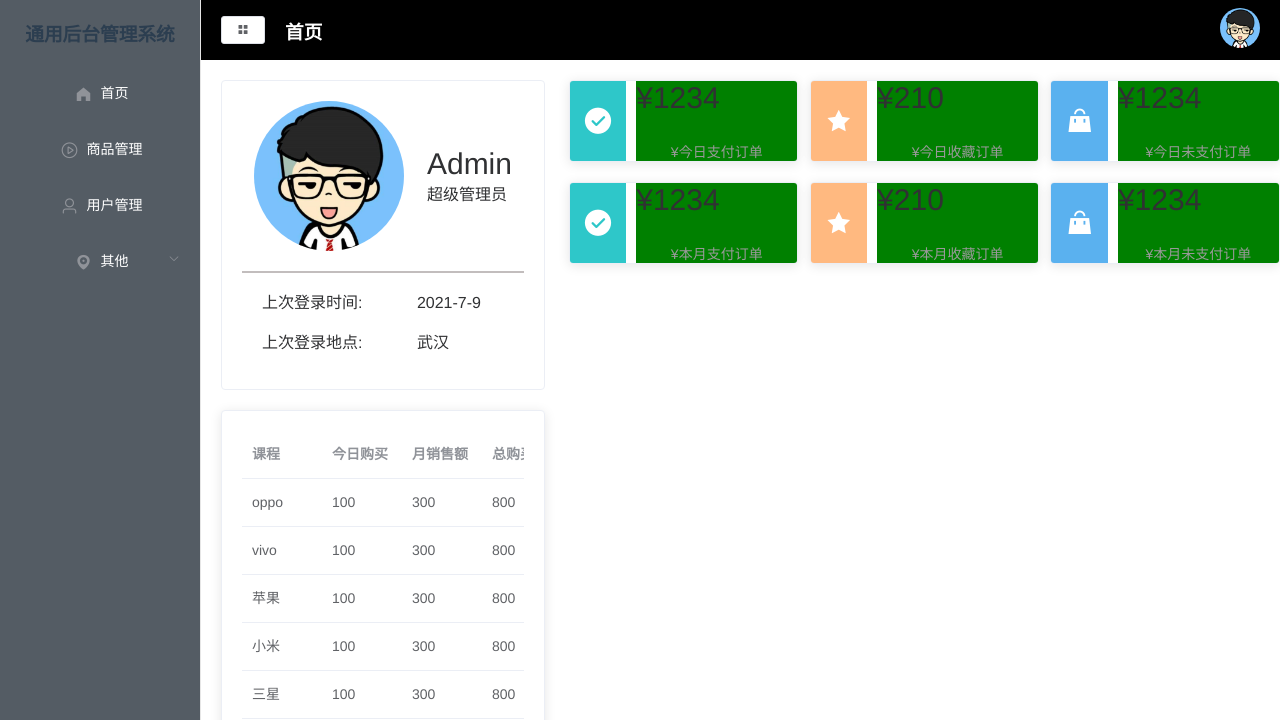
Repository: 385841539/VueStudy
Page: / (app in vue_cli/)
An editor plug-in stored every save of this project. The page is shown before and after the next save, followed by the edit.
The browser window is 1280 px wide. The pictures show the whole page.
An inner scrolling area shows only its first screen. The project was rebuilt for these pictures with package versions that can differ from the ones it lists, and the page was loaded fresh each time. Also part of the build but not shown: vue_cli/vue.config.js.

Above is the page before, as saved 2022-01-13 15:09:08.

### vue_cli/public/index.html
<!DOCTYPE html>
<html lang="">

<head>
  <meta charset="utf-8">
  <meta http-equiv="X-UA-Compatible" content="IE=edge">
  <meta name="viewport" content="width=device-width,initial-scale=1.0">
  <link rel="icon" href="<%= BASE_URL %>favicon.ico">
  <title>
    <%= htmlWebpackPlugin.options.title %>
  </title>
  <style>
    body {

      padding: 0px;
      margin: 0px;
      width: 100%;
      height: 100%;

    }
  </style>
</head>

<body>
  <noscript>
    <strong>We're sorry but <%= htmlWebpackPlugin.options.title %> doesn't work properly without JavaScript enabled.
        Please enable it to continue.</strong>
  </noscript>
  <div id="app"></div>
  <!-- built files will be auto injected -->
</body>

</html>

### vue_cli/src/main.js
import Vue from 'vue'
import App from './App.vue'
import './registerServiceWorker'
import router from './router'
import store from './store'

import ElementUI from 'element-ui';
import 'element-ui/lib/theme-chalk/index.css';

Vue.use(ElementUI);


Vue.config.productionTip = false



new Vue({
  router,
  store,
  render: h => h(App)
}).$mount('#app')

### vue_cli/src/App.vue
<template>
  <div id="app">
    <!-- <p>这是一个P段落</p>
    <el-button>按钮</el-button>
    <el-button type="info">信息</el-button>
    <el-radio v-model="radio" label="1">备选项1</el-radio>
    <el-radio v-model="radio" label="2">备选项1</el-radio>

    <div>
      <router-link to="/">去home组件</router-link>
      <router-link to="/about">去about组件</router-link>
    </div> -->

    <router-view></router-view>
  </div>
</template>
<script>


export default {
  data() {
    return {
      radio: "1",
    };
  },
};
</script>


<style lang="scss">
#app {
  font-family: Avenir, Helvetica, Arial, sans-serif;
  -webkit-font-smoothing: antialiased;
  -moz-osx-font-smoothing: grayscale;
  text-align: center;
  color: #2c3e50;
}

#nav {
  padding: 30px;

  a {
    font-weight: bold;
    color: #2c3e50;

    &.router-link-exact-active {
      color: #42b983;
    }
  }
}
</style>

### vue_cli/src/router/index.js
import Vue from 'vue'
import VueRouter from 'vue-router'
import Main from '../views/Main.vue'

Vue.use(VueRouter)

const routes = [
  {
    path: '/',
    name: 'main',
    component: Main,
    children: [

      {
        path: "/",
        name: "home",
        component: () => import('@/views/Home/Home')

      },
      {
        path: "/mall",
        name: "mall",
        component: () => import('@/views/Mall/Mall')

      },

    ]
  },
  {
    path: '/about',
    name: 'About',
    // route level code-splitting
    // this generates a separate chunk (about.[hash].js) for this route
    // which is lazy-loaded when the route is visited.
    component: () => import(/* webpackChunkName: "about" */ '../views/About.vue')
  }
]

const router = new VueRouter({
  mode: 'history',
  base: process.env.BASE_URL,
  routes
})

export default router

### vue_cli/src/store/index.js
import Vue from 'vue'
import Vuex from 'vuex'
import tab from "./tab"

Vue.use(Vuex)

export default new Vuex.Store({
  state: {
  },
  mutations: {
  },
  actions: {
  },
  modules: {
    tab
  }
})

### vue_cli/src/views/Main.vue
<template>
  <el-container style="height: 100vh">
    <el-aside width="auto">
      <CommonAside></CommonAside>
    </el-aside>
    <el-container>
      <el-header>
        <CommonHeader></CommonHeader>
      </el-header>
      <el-main>
        <router-view></router-view>
      </el-main>
    </el-container>
  </el-container>
</template>

<script>
// @ is an alias to /src
import CommonAside from "../components/CommonAside.vue";
import CommonHeader from "../components/CommonHeader.vue";

export default {
  name: "main",
  components: {
    CommonAside,
    CommonHeader,
  },
};
</script>
<style lang='scss' scoped>
.el-container {
  padding: 0px;
  max-width: 100%;
}
.el-aside {
  margin: 0px;
  padding: 0px;
}
.el-header {
  background-color: black;
  width: 100%;
  padding: 0%;
  margin: 0%;
}
.el-main {
  padding: 0px;
  height: 100%;
  width: 100%;
}
.router-view {
  padding: 0px;
  height: 100%;
  width: 100%;
}
</style>

### vue_cli/src/views/Home/Home.vue




<template>
  <div>
    <el-row :gutter="24">
      <el-col :span="8" style="margin-top: 20px">
        <el-card shadow="hover">
          <div class="user">
            <img :src="userImg" />
            <div class="userInfo">
              <p style="font-size: 30px">Admin</p>
              <p>超级管理员</p>
            </div>
          </div>

          <div class="loginInfo">
            <p>上次登录时间: <span>2021-7-9</span></p>
            <p>上次登录地点: <span>武汉</span></p>
          </div>
        </el-card>
        <el-card style="height: 470px; margin-top: 20px">
          <el-table :data="tableData">
            <el-table-column
              show-overflow-tooltip
              v-for="(value, key) in tableLabel"
              :key="key"
              :prop="key"
              :label="value"
            ></el-table-column>
          </el-table>
        </el-card>
      </el-col>
      <el-col :span="16" style="margin-top: 20px">
        <div class="num">
          <el-card
            shandow="hover"
            v-for="item in countData"
            :key="item.name"
            :body-style="{ display: 'flex', padding: 0 }"
          >
            <i
              class="icon"
              :class="`el-icon-${item.icon}`"
              :style="{ background: item.color }"
            ></i>
            <div class="detail">
              <p class="num">¥{{ item.value }}</p>
              <p class="txt">¥{{ item.name }}</p>
            </div>
          </el-card>
        </div>
      </el-col>
    </el-row>
  </div>
</template>



<script>
export default {
  data() {
    return {
      userImg: require("../../assets/images/user.png"),
      tableData: [
        {
          name: "oppo",
          todayBuy: 100,
          monthBuy: 300,
          totalBuy: 800,
        },
        {
          name: "vivo",
          todayBuy: 100,
          monthBuy: 300,
          totalBuy: 800,
        },
        {
          name: "苹果",
          todayBuy: 100,
          monthBuy: 300,
          totalBuy: 800,
        },
        {
          name: "小米",
          todayBuy: 100,
          monthBuy: 300,
          totalBuy: 800,
        },
        {
          name: "三星",
          todayBuy: 100,
          monthBuy: 300,
          totalBuy: 800,
        },
        {
          name: "魅族",
          todayBuy: 100,
          monthBuy: 300,
          totalBuy: 800,
        },
      ],
      tableLabel: {
        name: "课程",
        todayBuy: "今日购买",
        monthBuy: "月销售额",
        totalBuy: "总购买量",
      },
      countData: [
        {
          name: "今日支付订单",
          value: 1234,
          icon: "success",
          color: "#2ec7c9",
        },
        {
          name: "今日收藏订单",
          value: 210,
          icon: "star-on",
          color: "#ffb980",
        },
        {
          name: "今日未支付订单",
          value: 1234,
          icon: "s-goods",
          color: "#5ab1ef",
        },
        {
          name: "本月支付订单",
          value: 1234,
          icon: "success",
          color: "#2ec7c9",
        },
        {
          name: "本月收藏订单",
          value: 210,
          icon: "star-on",
          color: "#ffb980",
        },
        {
          name: "本月未支付订单",
          value: 1234,
          icon: "s-goods",
          color: "#5ab1ef",
        },
      ],
    };
  },
};
</script>


<style  lang="scss" scoped>
// div {
//   background: blue;
//   height: 100%;
//   padding: 0px;
//   margin: 0px;
// }
.el-card {
  margin-left: 20px;
}

.user {
  display: flex;
  align-items: center;
  justify-content: space-around;
  border-bottom: 2px solid rgb(194, 189, 189);

  padding-bottom: 20px;
  .userInfo {
    text-align: start;

    p {
      margin: 0px;
    }
  }
  img {
    width: 150px;
    height: 150px;
    border-radius: 50%;
  }
}

.loginInfo {
  // background-color: yellowgreen;
  margin-top: 0px;
  text-align: start;
  padding-left: 20px;

  span {
    margin-left: 50px;
  }
}

.num {
  display: flex;
  flex-wrap: wrap;
  justify-content: space-between;
  margin: 0px;
  .el-card {
    margin: 0px;
    width: 32%;
    margin-bottom: 20px;
    height: 80px;
  }
  .icon {
    font-size: 30px;
    width: 80px;
    height: 80px;
    text-align: center;
    line-height: 80px;
    color: #fff;
  }
  .detail {
    margin-left: 15px;
    display: flex;
    flex-direction: column;
    justify-content: space-between;
    background-color: green;

text-align: center;
    width: 100%;

    margin-left: 10px;
    .num {
      font-size: 30px;
    }
    .txt {
      font-size: 14px;
      color: #999999;
    }
    p {
      padding: 0px;
      margin: 0px;
    }
  }
}
</style>

### vue_cli/src/store/tab.js
export default {


    state: {

        isCollapse: false

    },


    mutations: {

        collaspseMenu(state) {
            state.isCollapse = !state.isCollapse

        }



    }


}

### vue_cli/src/components/CommonAside.vue
<template>
  <el-menu
    class="el-menu-vertical-demo"
    :collapse="isCollapse"
    background-color="#545c64"
    text-color="#fff"
    active-text-color="#ffd04b"
  >
    <h3>{{ getName }}</h3>

    <el-menu-item
      :index="item.path"
      v-for="item in noChildren"
      :key="item.name"
      @click="clickMenu(item)"
    >
      <i :class="'el-icon-' + item.icon"></i>
      <span slot="title">{{ item.label }}</span>
    </el-menu-item>

    <el-submenu
      :index="item.label"
      v-for="item in hazChildren"
      :key="item.label"
    >
      <div slot="title">
        <i :class="'el-icon-' + item.icon"></i>
        <span>{{ item.label }}</span>
      </div>

      <el-menu-item-group>
        <el-menu-item
          v-for="(subItem, subIndex) in item.children"
          :index="subItem.path"
          :key="subIndex"
        >
          <i :class="'el-icon-' + subItem.icon"></i>
          <span slot="title">{{ subItem.label }}</span>
        </el-menu-item>
      </el-menu-item-group>
    </el-submenu>
  </el-menu>
</template>

<style>
.el-menu-vertical-demo:not(.el-menu--collapse) {
  width: 200px;
  height: 100%;
  min-height: 400px;
}

</style>


<script>
export default {
  data() {
    return {
      menu: [
        {
          path: "/",
          name: "home",
          label: "首页",
          icon: "s-home",
          url: "Home/Home",
        },
        {
          path: "/mall",
          name: "mall",
          label: "商品管理",
          icon: "video-play",
          url: "MallManage/MallManage",
        },
        {
          path: "/user",
          name: "user",
          label: "用户管理",
          icon: "user",
          url: "UserMange/UserMange",
        },
        {
          label: "其他",
          icon: "location",
          children: [
            {
              path: "/page1",
              name: "page1",
              label: "页面1",
              icon: "setting",
              url: "Other/PageOne",
            },
            {
              path: "/page2",
              name: "page2",
              label: "页面2",
              icon: "setting",
              url: "Other/PageTwo",
            },
          ],
        },
      ],
    };
  },
  methods: {
    clickMenu(item) {
      console.log(item);
      this.$router.push({ name: item.name });
    },
  },
  computed: {
    isCollapse() {
      return this.$store.state.tab.isCollapse;
    },
    getName() {
      if (this.isCollapse) return "后台";

      return "通用后台管理系统";
    },
    noChildren() {
      return this.menu.filter((item) => {
        console.log(item);
        return !item.children;
      });
    },
    hazChildren() {
      return this.menu.filter((item) => item.children);
    },
  },
};
</script>

### vue_cli/src/components/CommonHeader.vue
<template>
  <header>
    <div class="l-content">
      <el-button
        plain
        icon="el-icon-menu"
        size="mini"
        v-on:click="handleMenu"
      ></el-button>
      <h3 class="home-title">首页</h3>
    </div>

    <div class="r-content">
      <el-dropdown szie="mini" trigger="click">
        <span>
          <img :src="userImg" class="user" />
        </span>

        <el-dropdown-menu slot="dropdown">
          <el-dropdown-item>个人中心</el-dropdown-item>
          <el-dropdown-item>个人中心1</el-dropdown-item>
        </el-dropdown-menu>
      </el-dropdown>
    </div>
  </header>
</template>



<script>
export default {
  data() {
    return {
      userImg: require("../assets/images/user.png"),
    };
  },

  methods: {
    handleMenu() {
      this.$store.commit("collaspseMenu");
    },
  },
};
</script>


<style  lang="scss" scoped>
header {
  display: flex;
  height: 100%;
  width: 100%;
  align-items: center;
  justify-content: space-between;
  padding: 0;
  margin: 0;
}

.home-title {
  color: white;
}

.l-content {
  display: flex;
  align-items: center;
  margin-left: 20px;
  .el-button {
    margin-right: 20px;
  }
}

.r-content {
  .user {
    width: 40px;
    height: 40px;
    border-radius: 50%;
    margin-right: 20px;
  }
}
</style>

Loaded but not shown: vue_cli/src/registerServiceWorker.js (common file)

After the next save:
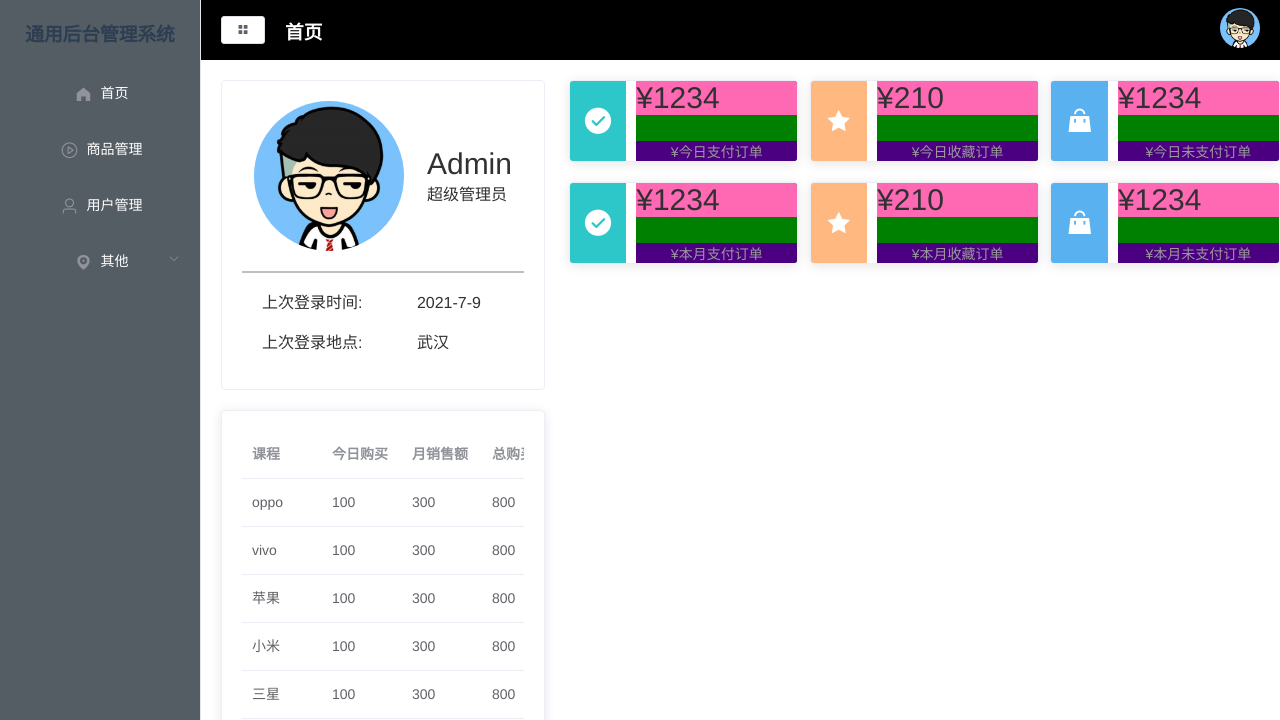
Saved 36 s later.
--- a/vue_cli/src/views/Home/Home.vue
+++ b/vue_cli/src/views/Home/Home.vue
@@ -220,15 +220,17 @@ export default {
     justify-content: space-between;
     background-color: green;
 
-text-align: center;
     width: 100%;
 
     margin-left: 10px;
     .num {
       font-size: 30px;
+      background-color: hotpink;
     }
     .txt {
-      font-size: 14px;
+
+     background-color: indigo;
+     font-size: 14px;
       color: #999999;
     }
     p {
